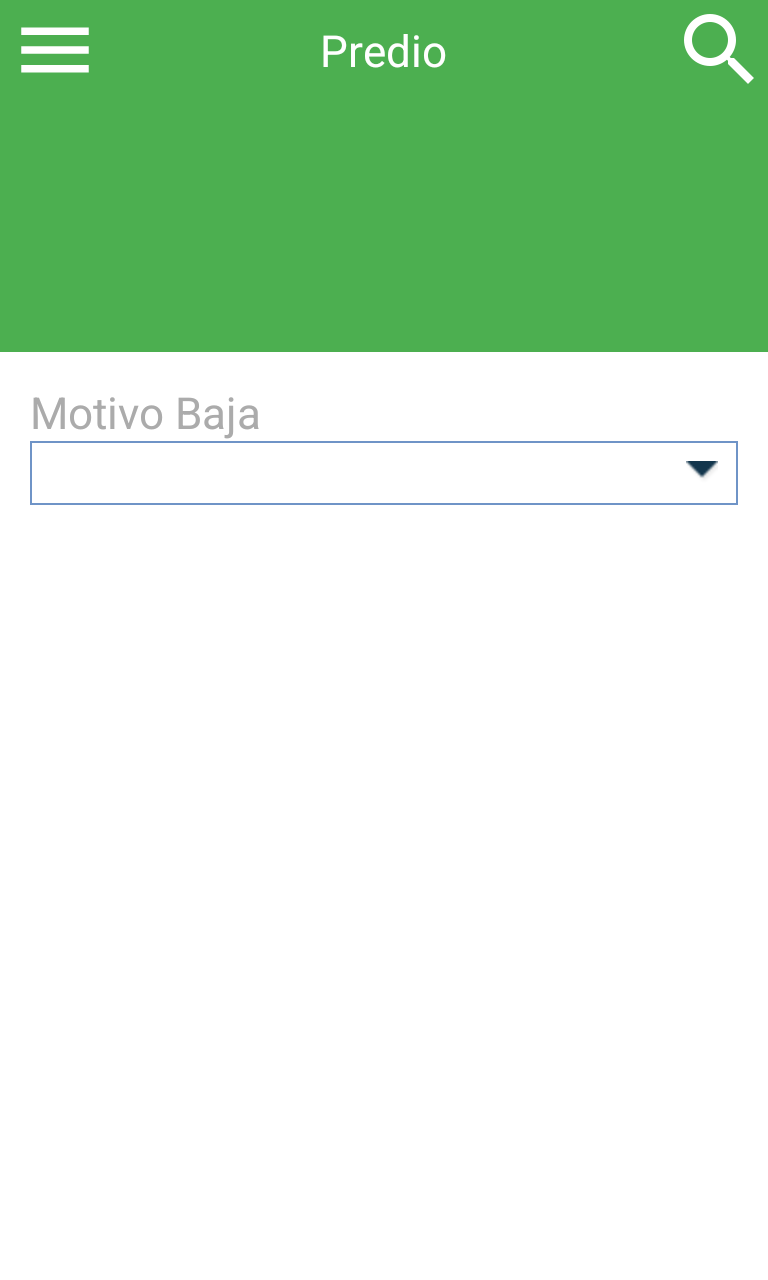
Repository: danielctf/Chilterra
Layout: Proyectos/Animales/res/layout/activity_baja_ganado.xml
These files come from the project's save history. The layout is drawn as it stood at one moment and after the next save; the edit follows.
It is drawn on a 768 x 1280 px phone screen (xhdpi) without system bars, with theme AppTheme; the app's code is not run.

Above is the layout before, as saved 2015-10-09 16:11:12.

After the next save:
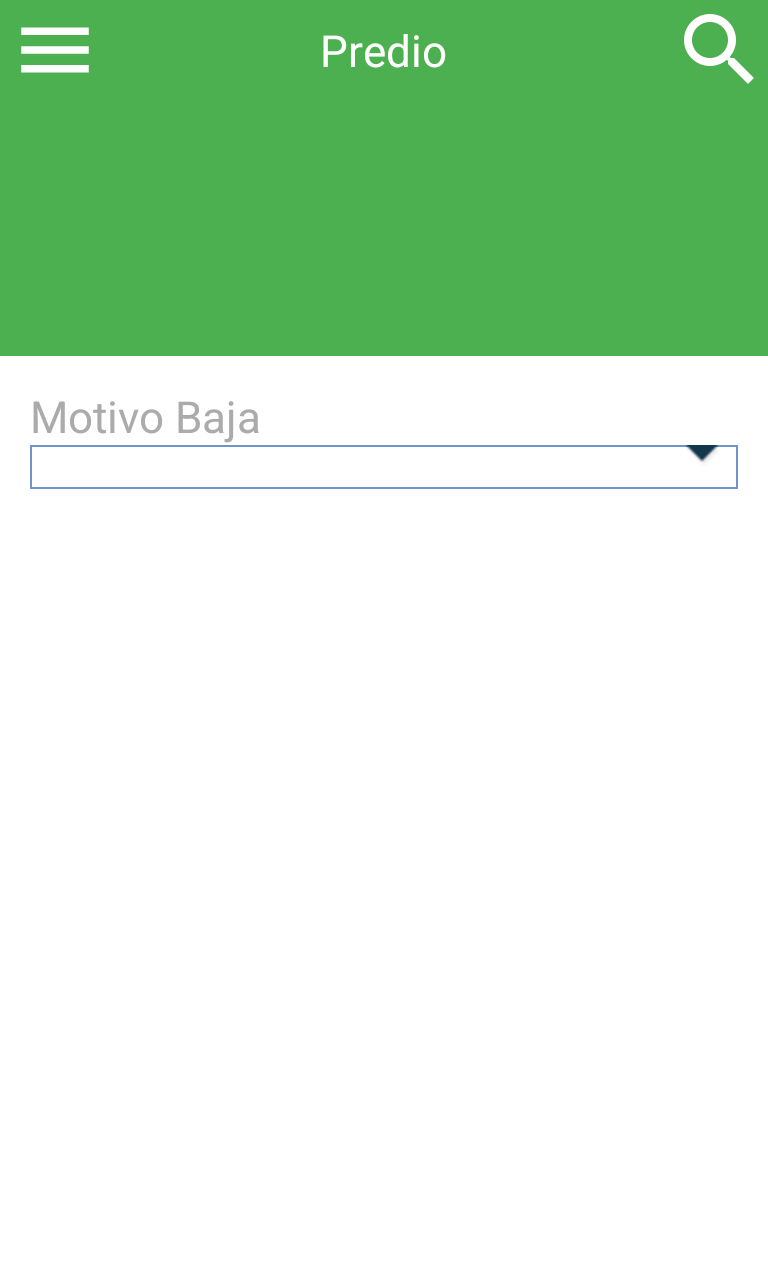
Saved 68 s later.
--- a/Proyectos/Animales/res/drawable/shape_drop_down_normal.xml
+++ b/Proyectos/Animales/res/drawable/shape_drop_down_normal.xml
@@ -11,8 +11,7 @@
         <padding
             android:bottom="10dp"
             android:left="2dp"
-            android:right="10dp"
-            android:top="10dp" />
+            android:right="10dp" />
     </shape>
 </item>
 <item>
